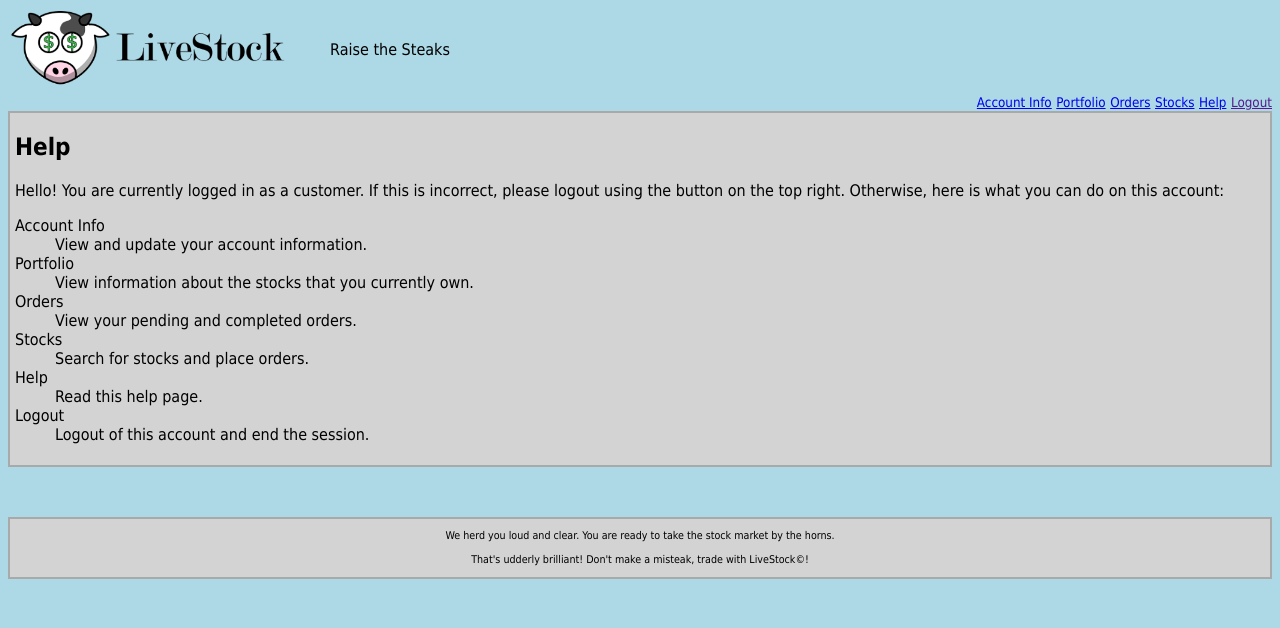
Repository: yastapova/live-stock
Page: http://localhost/LiveStockSite/WEB-INF/cust_help.jsp
An editor plug-in stored every save of this project. The page is shown before and after the next save, followed by the edit.
The browser window is 1280 px wide. The pictures show the whole page.
The page is served by Tomcat 9. Nobody is signed in. Other server files are loaded and not shown. The template is opened directly, without the code that normally fills it, so the values that code supplies are empty.

Above is the page before, as saved 2016-04-19 21:03:08.

### LiveStockSite/WebContent/WEB-INF/cust_help.jsp
<!DOCTYPE html>
<html>
<head>
	<meta charset="ISO-8859-1">
	<title>LiveStock Trading | Help</title>
	<link rel="stylesheet" href="gen.css" />
</head>
<body>
	<jsp:include page="_header.jsp"></jsp:include>
	<jsp:include page="_cust_menu.jsp"></jsp:include>
	<div class="body" align="Left">
		<h2>Help</h2>
		<p>Hello! You are currently logged in as a customer. If this is incorrect,
		please logout using the button on the top right. Otherwise, here is what
		you can do on this account:</p>
		<dl>
			<dt>Account Info</dt>
			<dd>View and update your account information.</dd>
			<dt>Portfolio</dt>
			<dd>View information about the stocks that you currently own.</dd>
			<dt>Orders</dt>
			<dd>View your pending and completed orders.</dd>
			<dt>Stocks</dt>
			<dd>Search for stocks and place orders.</dd>
			<dt>Help</dt>
			<dd>Read this help page.</dd>
			<dt>Logout</dt>
			<dd>Logout of this account and end the session.</dd>
		</dl>
	</div>

	<jsp:include page="_footer.jsp"></jsp:include>
</body>
</html>

### LiveStockSite/WebContent/WEB-INF/_header.jsp
<%@ page language="java" contentType="text/html; charset=ISO-8859-1"
    pageEncoding="ISO-8859-1"%>
<div class="header">
	<table>
		<tr>
			<td width='315px'><a href="home"><img src="LivestockLogoName2.png" width='300px'></a></td>
			<td width='300px'><p>Raise the Steaks</p></td>
		</tr>
	</table>
	</div>

### LiveStockSite/WebContent/WEB-INF/_cust_menu.jsp
<%@ page language="java" contentType="text/html; charset=ISO-8859-1"
    pageEncoding="ISO-8859-1"%>
<div class="menu" align="right">
	<a href="cust_acc_info.jsp" class="active">Account Info</a>
	<a href="cust_portfolio.jsp">Portfolio</a>
	<a href="cust_orders.jsp">Orders</a>
	<a href="cust_stocks.jsp">Stocks</a>
	<a href="cust_help.jsp">Help</a>
	<a href="">Logout</a>
</div>

### LiveStockSite/WebContent/WEB-INF/_footer.jsp
<%@ page language="java" contentType="text/html; charset=ISO-8859-1"
    pageEncoding="ISO-8859-1"%>
<div class="footer">
	<p>We herd you loud and clear. You are ready to take the stock market by the horns.</p>
	<p>That's udderly brilliant! Don't make a misteak, trade with LiveStock&copy;!</p>
</div>

### LiveStockSite/WebContent/WEB-INF/gen.css
@CHARSET "ISO-8859-1";

body {
		background-color: lightblue;
		font-family: Tahoma;
}
.formlabel {
	font-size: 10pt;
}
.body {
	padding-left: 5px;
	padding-right: 5px;
	padding-bottom: 5px;
	background-color: lightgrey;
	border-style: solid;
	border-width: 2px;
	border-color: darkgrey;
}
.footer {
	text-align: center;
	margin-top: 50px;
	padding-left: 5px;
	padding-right: 5px;
	background-color: lightgrey;
	border-style: solid;
	border-width: 2px;
	border-color: darkgrey;
}
.footer p {
	font-size: 8pt;
}
a {
	font-size: 10pt;
}

After the next save:
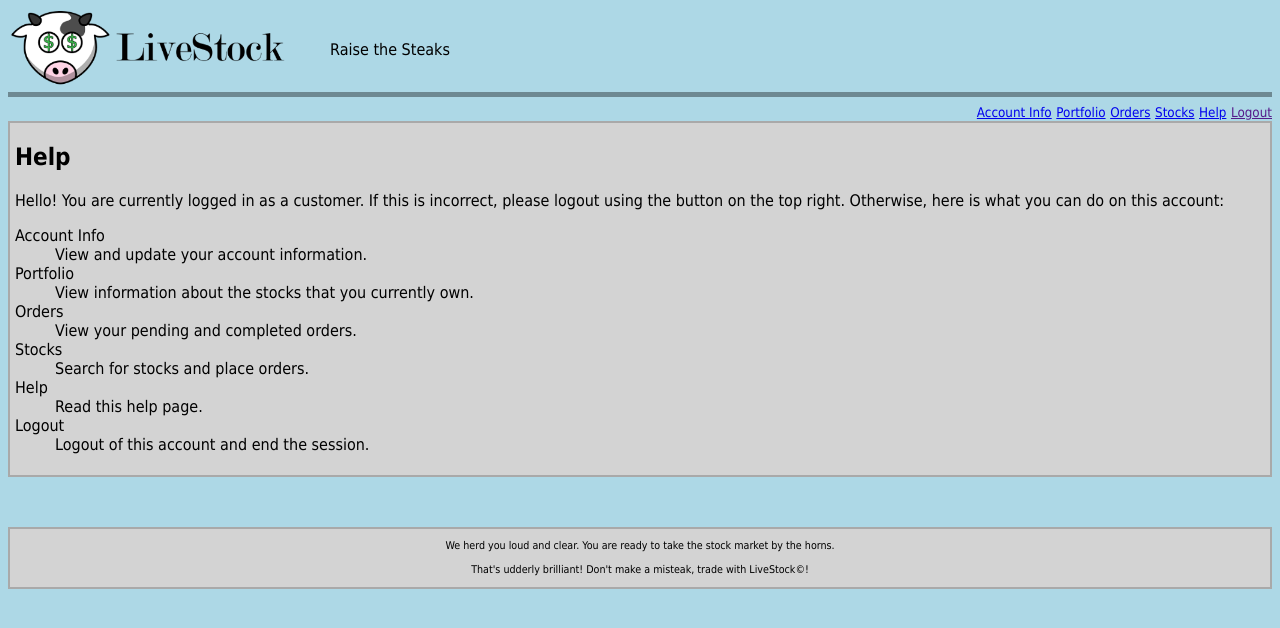
Saved 68 s later.
--- a/LiveStockSite/WebContent/WEB-INF/gen.css
+++ b/LiveStockSite/WebContent/WEB-INF/gen.css
@@ -6,6 +6,11 @@ body {
 }
 .formlabel {
 	font-size: 10pt;
+}
+.header {
+	border-bottom-style: groove;
+	border-bottom-width: 10px;
+	border-bottom-color: lightblue;
 }
 .body {
 	padding-left: 5px;
